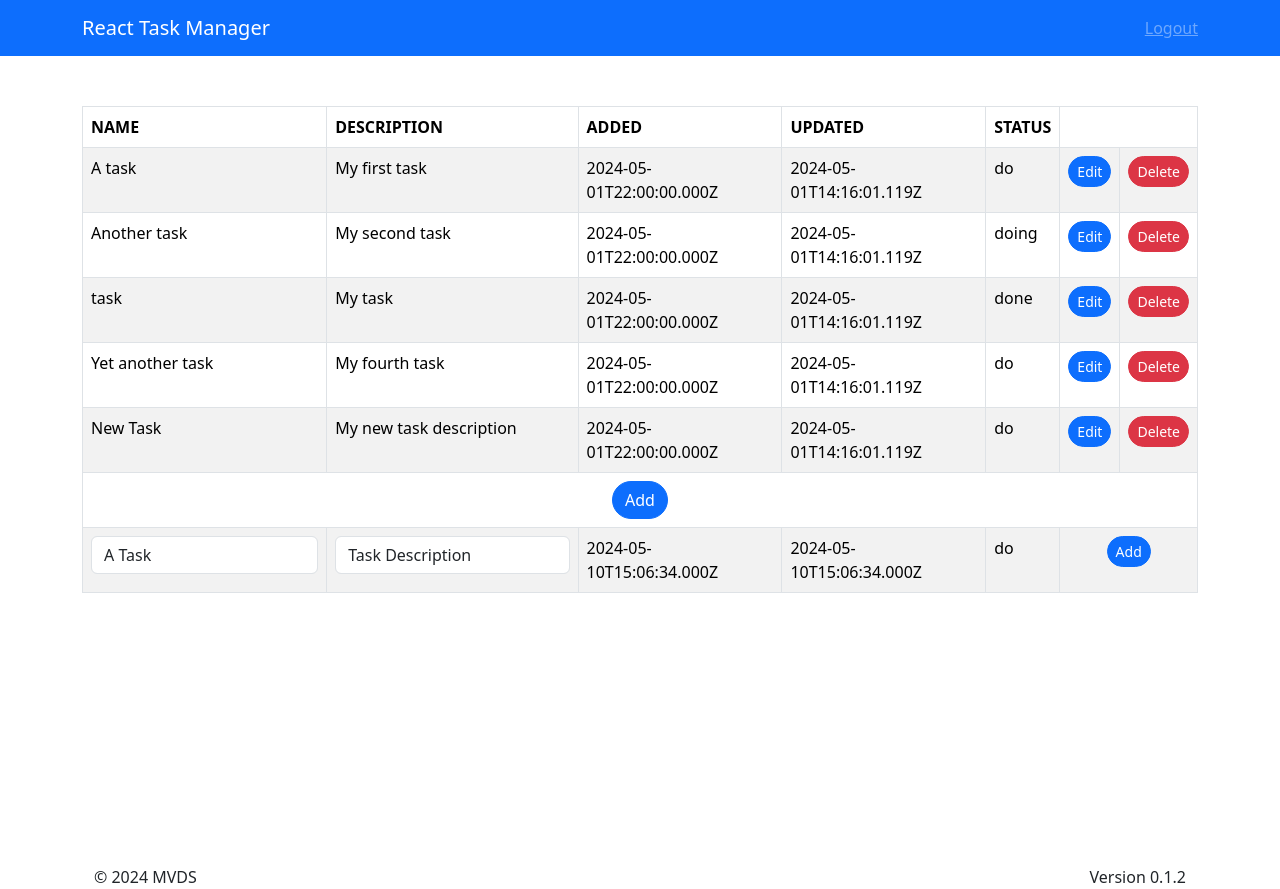
Repository: trider/react-task-manager
Page: /#/tasks
The author's editor kept a copy of each file at every save. The page is drawn from the files as they stood at one save, then again after the next save.
The browser window is 1280 px wide. The pictures show the whole page.
The project was rebuilt for these pictures with package versions that can differ from the ones it lists, and the page was loaded fresh each time. Also part of the build but not shown: src/App.css, src/_data/_Users.js, src/pages/Login.js.

Above is the page before, as saved 2024-05-10 15:09:52.

After the next save:
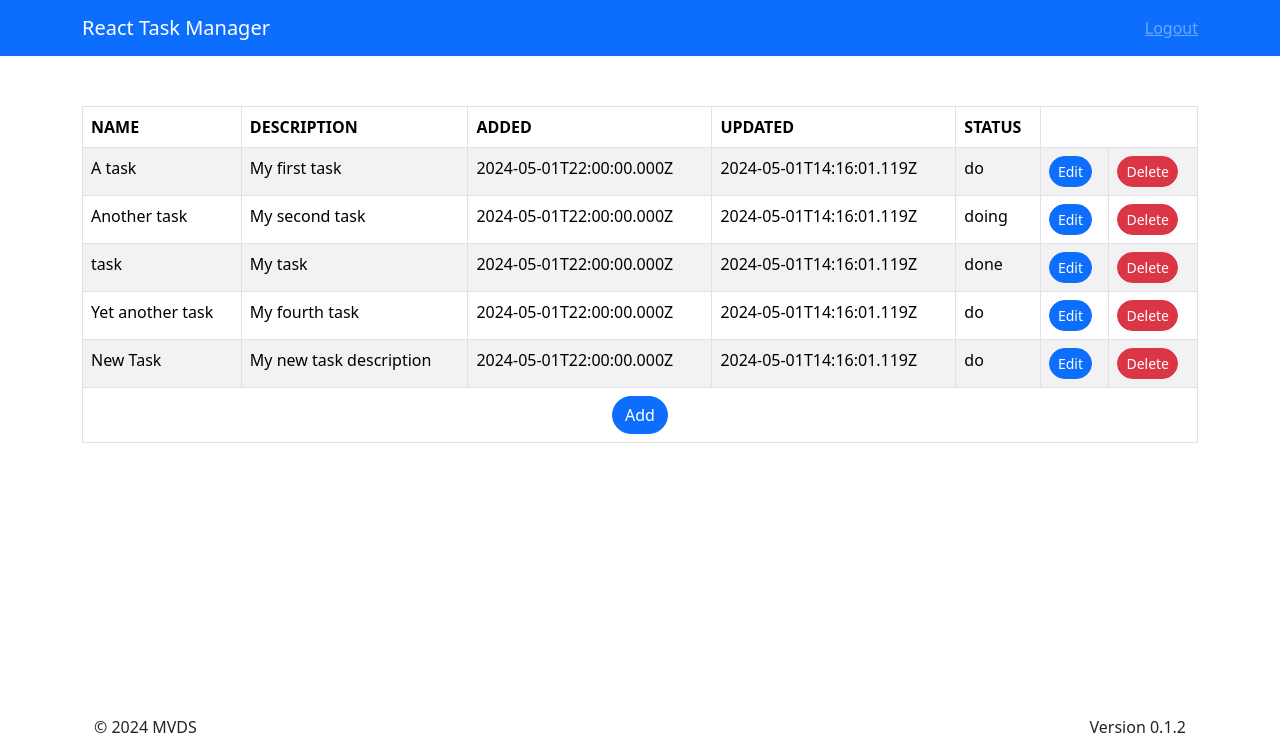
Saved 25 s later.
--- a/src/pages/Task.js
+++ b/src/pages/Task.js
@@ -174,7 +174,6 @@ const TaskTable = () => {
 
           </td>
         </tr>
-        <TaskAdd onAddTask={addTask} tasks={tasks} />
       </tbody>
 
 
